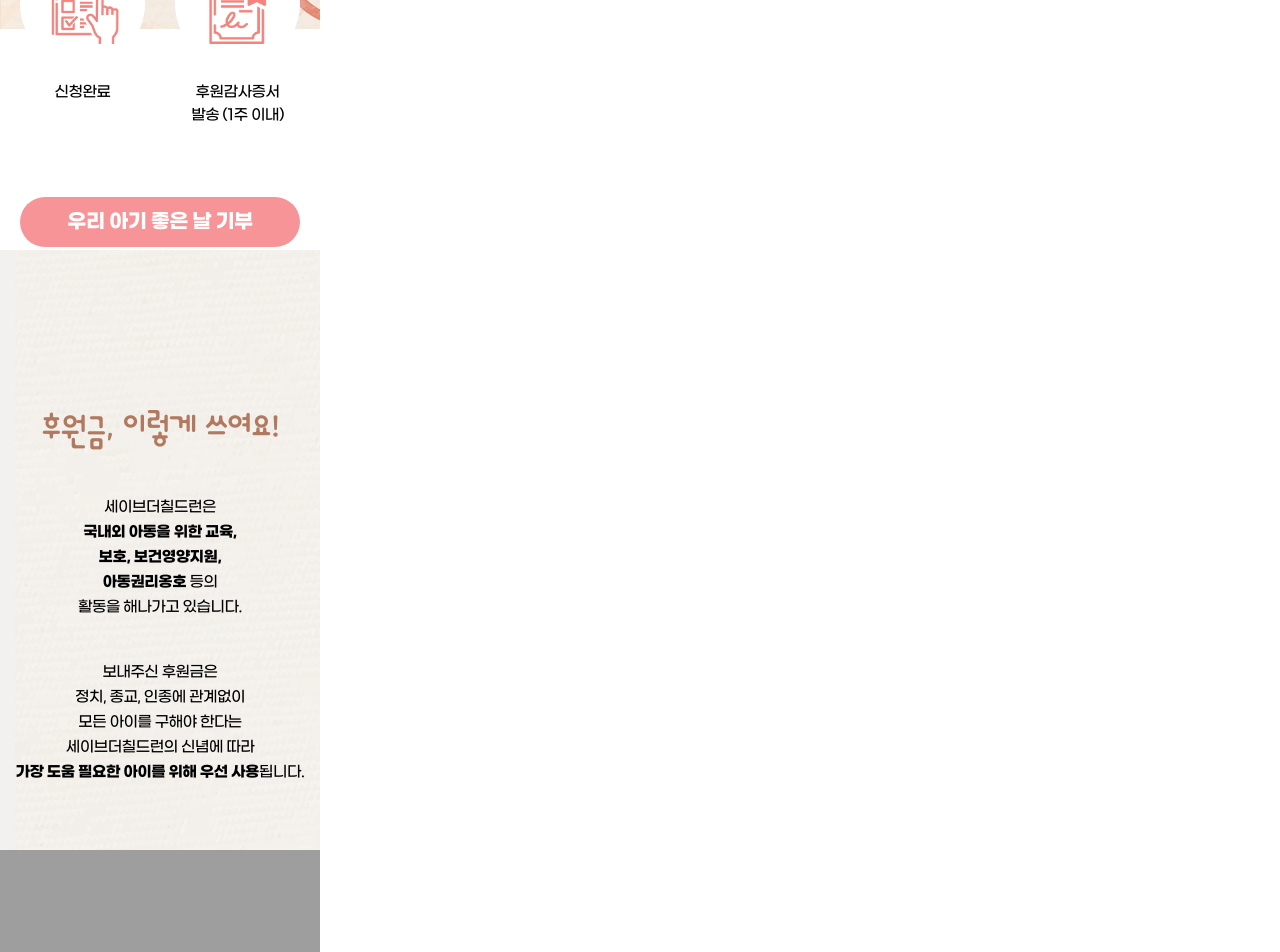
Repository: dlgywls1130/save_the_m320
Page: index.html
An editor plug-in stored every save of this project. The page is shown before and after the next save, followed by the edit.
The browser window is 1280 px wide. The pictures show the part of the page from y = 4870 to 5822 px (the page is 7220 px tall before and 7240 px after).
Pictures or frames that could not be fetched are drawn as grey boxes.

Above is the page before, as saved 2023-12-21 01:30:38.

After the next save:
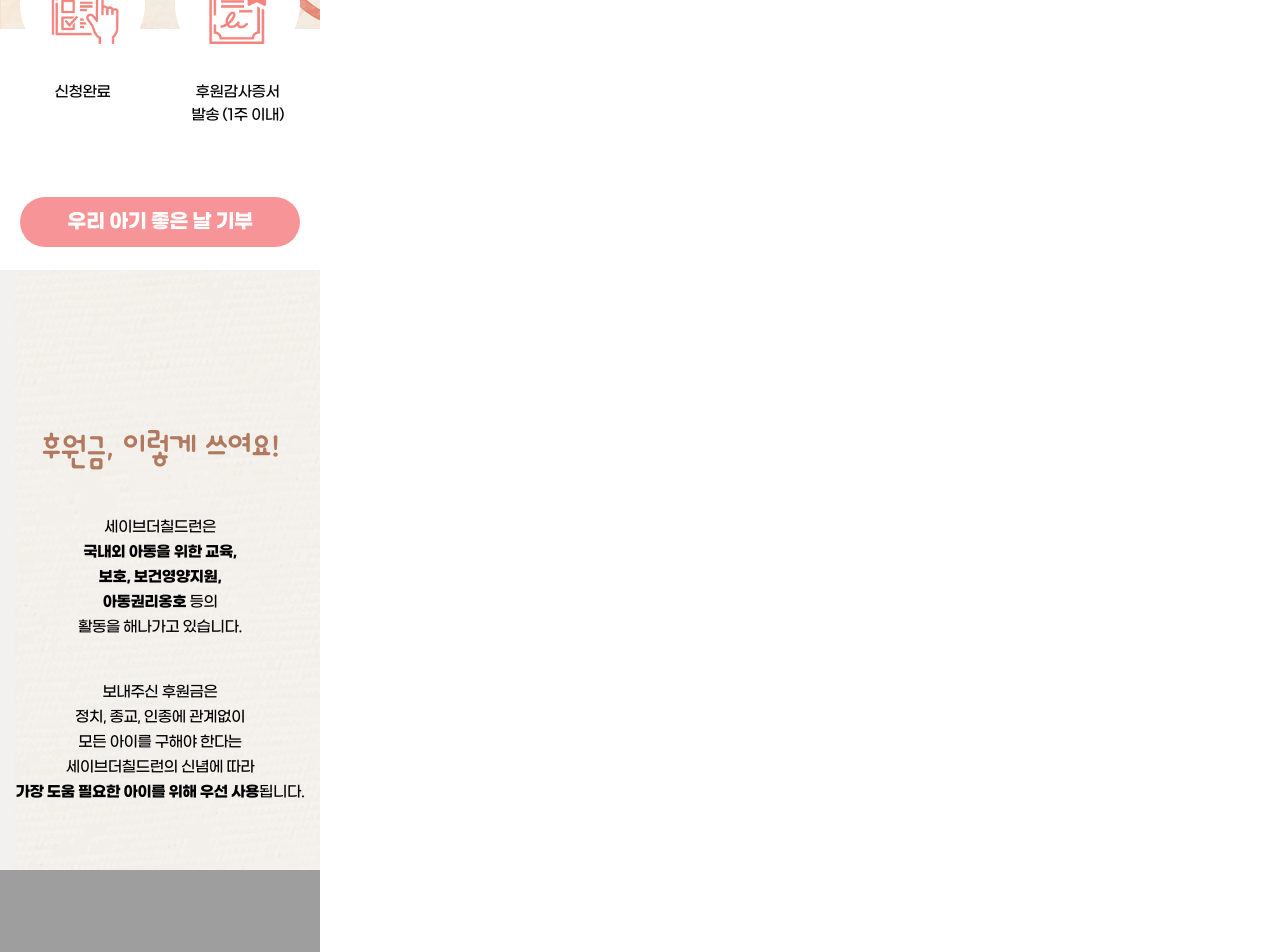
Saved 7 s later.
--- a/css/style.css
+++ b/css/style.css
@@ -411,7 +411,7 @@
 }
 /* section05 */
 .section05{
-    height: 800px;
+    height: 820px;
     background: url('../img/back05.jpg') no-repeat;
 }
 
